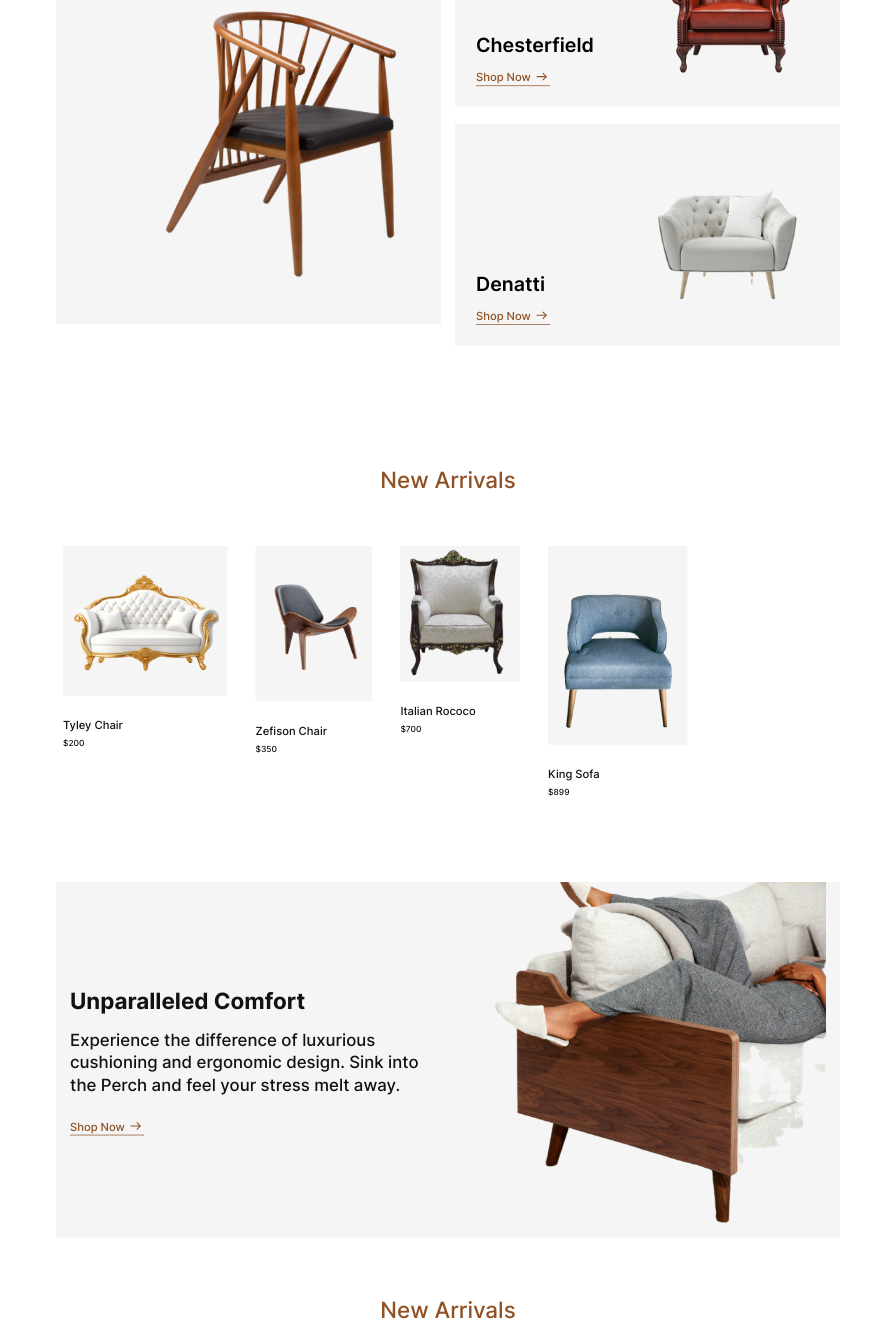
Repository: abdulmalikyusuf/HNG11-Stage02
Page: /
The author's editor kept a copy of each file at every save. The page is drawn from the files as they stood at one save, then again after the next save.
The browser window is 1280 px wide. The pictures show the part of the page from y = 1090 to 3010 px (the page is 4121 px tall), at 70% of full size.
The project was rebuilt for these pictures with package versions that can differ from the ones it lists, and the page was loaded fresh each time. Also part of the build but not shown: vite.config.ts.

Above is the page before, as saved 2024-07-07 17:08:09.

### index.html
<!DOCTYPE html>
<html lang="en">
  <head>
    <meta charset="UTF-8" />
    <!-- <link rel="icon" type="image/svg+xml" href="/vite.svg" /> -->
    <meta name="viewport" content="width=device-width, initial-scale=1.0" />
    <title>Pearch E-Commerce App</title>
  </head>
  <body>
    <div id="root"></div>
    <script type="module" src="/src/main.tsx"></script>
  </body>
</html>

### src/App.tsx
import { createBrowserRouter, RouterProvider } from "react-router-dom";

import RootLayout from "@/routes/root";
import IndexPage from "@/routes";
import "./App.css";

const router = createBrowserRouter([
  {
    path: "/",
    element: <RootLayout />,
    // errorElement: <ErrorPage />,
    children: [
      {
        index: true,
        element: <IndexPage />,
      },
      {
        path: "cart",
        element: <p>Cart</p>,
      },
      {
        path: "checkout",
        element: <p>Checkout</p>,
      },
    ],
  },
]);

function App() {
  return <RouterProvider router={router} />;
}

export default App;

### src/index.css
:root {
  font-family: Inter, system-ui, Avenir, Helvetica, Arial, sans-serif;
  line-height: 1.5;
  font-weight: 400;

  color-scheme: light dark;
  /* color: rgba(255, 255, 255, 0.87);
  background-color: #242424; */

  font-synthesis: none;
  text-rendering: optimizeLegibility;
  -webkit-font-smoothing: antialiased;
  -moz-osx-font-smoothing: grayscale;
}
@font-face {
  font-family: Inter;
  src: url(fonts/Inter.ttf) format("truetype");
}
@font-face {
  font-family: SpaceGrotesk;
  src: url(fonts/SpaceGrotesk.ttf) format("truetype");
}
@font-face {
  font-family: NicoMoji;
  src: url(fonts/NicoMoji-Regular.ttf) format("truetype");
}

### src/routes/root.tsx
import { Outlet } from "react-router-dom";

import Footer from "@/components/footer";
import Header from "@/components/header";

function RootLayout() {
  return (
    <>
      <Header />
      <Outlet />
      <div className="flow-root">
        <Footer />
      </div>
    </>
  );
}

export default RootLayout;

### src/routes/index.tsx
import { Link } from "react-router-dom";

import ChairHero from "@/assets/img/83417461_Slipper -2 1.png";
import Chair1 from "@/assets/img/vertical-shot-wooden-chair-white 1.png";
import Chair2 from "@/assets/img/83419490_Wingback Chair -4.png";
import Chair3 from "@/assets/img/7043761_861.png";
import BannerImage from "@/assets/img/unsplash_348dJPXEFHk.png";
import MoreChairImage1 from "@/assets/img/unsplash_Kh4tedFdHz4.png";
import MoreChairImage2 from "@/assets/img/unsplash_L7EwHkq1B2s.png";
import MoreChairImage3 from "@/assets/img/unsplash_Gh_UjjYoVwk.png";
import NewArrival1 from "@/assets/img/new-arrivals/81678229_Luxury white and golden sofa -3 1.png";
import NewArrival2 from "@/assets/img/new-arrivals/Paste image.png";
import NewArrival3 from "@/assets/img/new-arrivals/unsplash_IjTqniVFP1Y.png";
import NewArrival4 from "@/assets/img/new-arrivals/unsplash_ItMggD0EguY.png";

const newArrivals = [
  { image: NewArrival1, name: "Tyley Chair", price: 200 },
  { image: NewArrival2, name: "Zefison Chair", price: 350 },
  { image: NewArrival3, name: "Italian Rococo", price: 700 },
  { image: NewArrival4, name: "King Sofa", price: 899 },
];
function IndexPage() {
  return (
    <>
      <div className="flex items-center gap-24 bg-[#F5F5F5] px-[100px] py-13">
        <div className="flex flex-col gap-24">
          <div className="text-6xl font-bold">
            <h2 className="text-black">Elevate Your</h2>
            <h2 className="uppercase text-primary">comfort</h2>
          </div>
          <div className="font-semibold text-xl leading-6 flex flex-col gap-6">
            <p className="">Want comfort and style? Perch is for you.</p>
            <p className="text-primary">See collection</p>
          </div>
        </div>
        <div className="flex-1">
          <img src={ChairHero} alt="A chair from pearch website" className="" />
        </div>
      </div>
      <div className="px-4 md:px-10 lg:13 xl:px-20 2xl:px-24 flex flex-col gap-20 mb-28">
        <div className="py-[88px]">
          <div className="grid grid-cols-2 grid-rows-2 items-stretch gap-x-5 gap-y-6">
            <div className="row-span-2">
              <div className="p-[30px] bg-miscellaneous flex flex-col">
                <div className="flex-1 flex flex-col gap-3">
                  <h5 className="text-[28px] font-semibold">Scandinavian</h5>
                  <Link
                    to=""
                    className="w-fit font-medium text-primary border-b border-primary inline-flex items-center gap-1"
                  >
                    Shop Now{" "}
                    <span className="">
                      <svg
                        xmlns="http://www.w3.org/2000/svg"
                        width="24"
                        height="25"
                        viewBox="0 0 24 25"
                        fill="none"
                      >
                        <mask
                          id="mask0_18_143"
                          style={{ maskType: "alpha" }}
                          maskUnits="userSpaceOnUse"
                          x="0"
                          y="0"
                          width="24"
                          height="25"
                        >
                          <rect y="0.5" width="24" height="24" fill="#D9D9D9" />
                        </mask>
                        <g mask="url(#mask0_18_143)">
                          <path
                            d="M13.8462 18.1538L12.7923 17.0693L16.6115 13.25H4.5V11.75H16.6115L12.7923 7.93075L13.8462 6.84625L19.5 12.5L13.8462 18.1538Z"
                            fill="#905125"
                          />
                        </g>
                      </svg>
                    </span>
                  </Link>
                </div>
                <div className="self-end -mt-20">
                  <img src={Chair1} alt="" className="" />
                </div>
              </div>
            </div>
            <div className="p-[30px] bg-miscellaneous flex items-end justify-between">
              <div className="flex-1 flex flex-col gap-3">
                <h5 className="text-[28px] font-semibold">Chesterfield</h5>
                <Link
                  to=""
                  className="w-fit font-medium text-primary border-b border-primary inline-flex items-center gap-1"
                >
                  Shop Now{" "}
                  <span className="">
                    <svg
                      xmlns="http://www.w3.org/2000/svg"
                      width="24"
                      height="25"
                      viewBox="0 0 24 25"
                      fill="none"
                    >
                      <mask
                        id="mask0_18_143"
                        style={{ maskType: "alpha" }}
                        maskUnits="userSpaceOnUse"
                        x="0"
                        y="0"
                        width="24"
                        height="25"
                      >
                        <rect y="0.5" width="24" height="24" fill="#D9D9D9" />
                      </mask>
                      <g mask="url(#mask0_18_143)">
                        <path
                          d="M13.8462 18.1538L12.7923 17.0693L16.6115 13.25H4.5V11.75H16.6115L12.7923 7.93075L13.8462 6.84625L19.5 12.5L13.8462 18.1538Z"
                          fill="#905125"
                        />
                      </g>
                    </svg>
                  </span>
                </Link>
              </div>
              <img src={Chair2} alt="" className="" />
            </div>
            <div className="p-[30px] bg-miscellaneous flex items-end justify-between">
              <div className="flex-1 flex flex-col gap-3">
                <h5 className="text-[28px] font-semibold">Denatti</h5>
                <Link
                  to=""
                  className="w-fit font-medium text-primary border-b border-primary inline-flex items-center gap-1"
                >
                  Shop Now{" "}
                  <span className="">
                    <svg
                      xmlns="http://www.w3.org/2000/svg"
                      width="24"
                      height="25"
                      viewBox="0 0 24 25"
                      fill="none"
                    >
                      <mask
                        id="mask0_18_143"
                        style={{ maskType: "alpha" }}
                        maskUnits="userSpaceOnUse"
                        x="0"
                        y="0"
                        width="24"
                        height="25"
                      >
                        <rect y="0.5" width="24" height="24" fill="#D9D9D9" />
                      </mask>
                      <g mask="url(#mask0_18_143)">
                        <path
                          d="M13.8462 18.1538L12.7923 17.0693L16.6115 13.25H4.5V11.75H16.6115L12.7923 7.93075L13.8462 6.84625L19.5 12.5L13.8462 18.1538Z"
                          fill="#905125"
                        />
                      </g>
                    </svg>
                  </span>
                </Link>
              </div>
              <img src={Chair3} alt="" className="" />
            </div>
          </div>
        </div>
        <div className="">
          <h4 className="capitalize text-32 text-center text-primary font-medium">
            new arrivals
          </h4>
          <div className="mt-[30px]">
            <div className="flex gap-5">
              {newArrivals.map((chair) => (
                <div
                  key={chair.name}
                  className="py-10 px-2.5 flex flex-col gap-[30px]"
                >
                  <div className="bg-miscellaneous">
                    <img
                      src={chair.image}
                      alt={`${chair.name} image`}
                      className=""
                    />
                  </div>
                  <div className="flex flex-col gap-1.5 text-primary-label font-medium">
                    <p className="">{chair.name}</p>
                    <small className="text-xs">${chair.price}</small>
                  </div>
                </div>
              ))}
            </div>
          </div>
        </div>
        <div className="px-5 bg-miscellaneous">
          <div className="flex items-center gap-16">
            <div className="flex-1 text-primary-label">
              <h4 className="text-32 font-bold">Unparalleled Comfort</h4>
              <p className="mt-4 text-2xl font-medium">
                Experience the difference of luxurious cushioning and ergonomic
                design. Sink into the Perch and feel your stress melt away.
              </p>
              <Link
                to=""
                className="mt-[30px] w-fit font-medium text-primary border-b border-primary inline-flex items-center gap-1"
              >
                Shop Now{" "}
                <span className="">
                  <svg
                    xmlns="http://www.w3.org/2000/svg"
                    width="24"
                    height="25"
                    viewBox="0 0 24 25"
                    fill="none"
                  >
                    <mask
                      id="mask0_18_143"
                      style={{ maskType: "alpha" }}
                      maskUnits="userSpaceOnUse"
                      x="0"
                      y="0"
                      width="24"
                      height="25"
                    >
                      <rect y="0.5" width="24" height="24" fill="#D9D9D9" />
                    </mask>
                    <g mask="url(#mask0_18_143)">
                      <path
                        d="M13.8462 18.1538L12.7923 17.0693L16.6115 13.25H4.5V11.75H16.6115L12.7923 7.93075L13.8462 6.84625L19.5 12.5L13.8462 18.1538Z"
                        fill="#905125"
                      />
                    </g>
                  </svg>
                </span>
              </Link>
            </div>
            <div className="flex-1">
              <img src={BannerImage} alt="" className="" />
            </div>
          </div>
        </div>

        <div className="">
          <h4 className="capitalize text-32 text-center text-primary font-medium">
            new arrivals
          </h4>
          <div className="mt-[30px] flex gap-5">
            {[MoreChairImage1, MoreChairImage2, MoreChairImage3].map(
              (img, i) => (
                <div key={`product-image-${i}`} className="">
                  <img src={img} alt="" className="" />
                </div>
              )
            )}
          </div>
          <div className="mt-11">
            <Link
              to=""
              className="mt-[30px] w-fit font-medium text-primary border-b border-primary inline-flex items-center gap-1"
            >
              See More{" "}
              <span className="">
                <svg
                  xmlns="http://www.w3.org/2000/svg"
                  width="24"
                  height="25"
                  viewBox="0 0 24 25"
                  fill="none"
                >
                  <mask
                    id="mask0_18_143"
                    style={{ maskType: "alpha" }}
                    maskUnits="userSpaceOnUse"
                    x="0"
                    y="0"
                    width="24"
                    height="25"
                  >
                    <rect y="0.5" width="24" height="24" fill="#D9D9D9" />
                  </mask>
                  <g mask="url(#mask0_18_143)">
                    <path
                      d="M13.8462 18.1538L12.7923 17.0693L16.6115 13.25H4.5V11.75H16.6115L12.7923 7.93075L13.8462 6.84625L19.5 12.5L13.8462 18.1538Z"
                      fill="#905125"
                    />
                  </g>
                </svg>
              </span>
            </Link>
          </div>
        </div>
      </div>
    </>
  );
}

export default IndexPage;

### src/components/footer.tsx
import React from "react";
import { Icons } from "./icons";

function Footer() {
  return (
    <footer className="py-[30px] bg-miscellaneous px-24 h[80vh] flex flex-col justify-between gap-16">
      <div className="flex flex-col items-center gap-[30px] py-20 border border-primary border-dashed">
        <div className="text-center text-primary-label">
          <h3 className="text-4xl font-bold">Join Our Newsletter</h3>
          <p className="mt-3">Big discount and latest news in your inbox</p>
        </div>
        <div className="flex gap-5">
          <div className="flex rounded-md w-96 border border-primary items-center gap-2 p-2.5">
            <Icons.mail className="size-[22px] stroke-primary" />
            <input
              type="email"
              name=""
              id=""
              placeholder="Email address"
              className="bg-transparent text-[rgba(18,_18,_18,_0.50)] font-medium placeholder:font-normal focus:outline-none"
            />
          </div>
          <button
            type="submit"
            className="bg-primary rounded p-2.5 capitalize text-white"
          >
            sign up
          </button>
        </div>
      </div>
      <div className="flex flex-col gap-4 items-center">
        <h4 className="py-2 text-32 text-label-primary font-nico-moji">
          Perch
        </h4>
        <ul className="flex gap-4 text-xl font-medium text-primary-label">
          <li className="">About Us</li>
          <li className="">Contact Us</li>
          <li className="">Privacy</li>
          <li className="">My Account</li>
        </ul>
      </div>
      <div className="py-2.5 -mx-24 border-t border-primary text-center">
        <p className="font-medium text-primary">© 2024 Perch Store</p>
      </div>
    </footer>
  );
}

export default Footer;

### src/components/header.tsx
import { cn } from "@/lib/utils";
import { Icons } from "@/components/icons";
import { Link } from "react-router-dom";
import { CartButton } from "./cart-button";

function Header() {
  return (
    <header
      className={cn(
        "h-[46px] md:h-[68px] relative flex items-center justify-between px-4 md:px-10 lg:13 xl:px-20 2xl:px-24",
        "bg-[#F5F5F5] border-transparent text-black-900 [--logo-fill:#121212]"
      )}
    >
      <div className="flex items-center justify-center gap-3 md:gap-6">
        <button type="button" className="md:hidden">
          <Icons.hamburgerMenu className="size-[26px] md:size-7" />
        </button>
        <Link to="/" className="py-2">
          <span className="text-[32px] leading-normal text-primary-label font-nico-moji capitalize">
            pearch
          </span>
        </Link>
      </div>
      <div className="hidden md:flex justify-center">
        <ul className="flex gap-10">
          {["Home", "Shop", "Products", "Pages"].map((menu) => (
            <li key={menu}>
              <span
                className={cn(
                  "flex items-center justify-center w-fit hover:border-b font-space-grotesk transition-colors focus-visible:outline-none focus-visible:ring-1 focus-visible:ring-ring disabled:pointer-events-none",
                  "gap-0.5 button-xs",
                  "text-black-900 hover:text-black-400 disabled:text-black-700"
                )}
              >
                {menu}{" "}
                <Icons.chevronDown
                  className="size-[18px] relative top-[1px] transition-transform duration-200 ease-in group-data-[state=open]:-rotate-180"
                  aria-hidden
                />
              </span>
            </li>
          ))}

          {/* <NavigationMenu.Link
                  className={cn(
                    "hover:border-b font-space-grotesk transition-colors focus-visible:outline-none focus-visible:ring-1 focus-visible:ring-ring disabled:pointer-events-none",
                    "gap-0.5 button-xs",
                    "text-black-900 hover:text-black-400 disabled:text-black-700"
                  )}
                  href="https://github.com/radix-ui"
                >
                  {menu.title}{" "}
                </NavigationMenu.Link> */}
        </ul>
      </div>
      <div className="flex gap-5 items-center">
        <button type="button" className="hidden md:inline-flex size-7">
          <Icons.search className="" />
        </button>
        <button className="hidden md:inline-flex size-7">
          <Icons.user className="" />
        </button>
        <CartButton numOfItems={2} />
      </div>
    </header>
  );
}

export default Header;

### src/lib/utils.ts
import { type ClassValue, clsx } from "clsx";
import { twMerge } from "tailwind-merge";

export function cn(...inputs: ClassValue[]) {
	return twMerge(clsx(inputs));
}
export function formatPrice(
	price: number | string,
	currency: "USD" | "EUR" | "GBP" | "BDT" = "USD",
	notation: "compact" | "engineering" | "scientific" | "standard" = "standard",
) {
	return new Intl.NumberFormat("en-US", {
		style: "currency",
		currency,
		notation,
	}).format(Number(price));
}

export function arrayRange(start: number, stop: number, step: number) {
	return Array.from(
		{ length: (stop - start) / step + 1 },
		(value, index) => start + index * step,
	);
}

### src/components/cart-button.tsx
import { forwardRef, type ButtonHTMLAttributes } from "react";
import { Slot } from "@radix-ui/react-slot";

import { cn } from "@/lib/utils";
import { Icons } from "@/components/icons";

export interface CartButtonProps
  extends ButtonHTMLAttributes<HTMLButtonElement> {
  numOfItems: number;
  asChild?: boolean;
}

const CartButton = forwardRef<HTMLButtonElement, CartButtonProps>(
  ({ numOfItems, asChild, ...props }, ref) => {
    const Comp = asChild ? Slot : "button";
    return (
      <Comp
        ref={ref}
        {...props}
        type="button"
        className="inline-flex items-center gap-0.5 w-[50px] h-[26px] sm:h-7"
      >
        <Icons.cart className="size-[26px] sm:size-7 text-[var(--icon-colour)]" />
        <span
          className={cn(
            "inline-flex items-center justify-center size-5 rounded-full text-xs leading-[10px] font-inter font-bold",
            "bg-primary text-white [--icon-colour:var(--black-900)]"
          )}
        >
          {numOfItems}
        </span>
      </Comp>
    );
  }
);

CartButton.displayName = "CartButton";

export { CartButton };

### tailwind.config.ts
import { Config } from "tailwindcss";

export default {
  content: ["./index.html", "./src/**/*.{js,ts,jsx,tsx}"],
  theme: {
    fontFamily: {
      "space-grotesk": ["SpaceGrotesk"],
      inter: ["Inter"],
      "nico-moji": ["NicoMoji"],
    },
    extend: {
      padding: {
        13: "52px",
      },
      fontSize: {
        32: "32px",
      },
      colors: {
        primary: {
          DEFAULT: "#905125",
          label: "#121212",
        },
        miscellaneous: "#F5F5F5",
      },
    },
  },
  plugins: [],
} satisfies Config;

Loaded but not shown: src/main.tsx (common file); src/App.css (common file); src/components/icons.tsx (297 lines, source omitted)

After the next save:
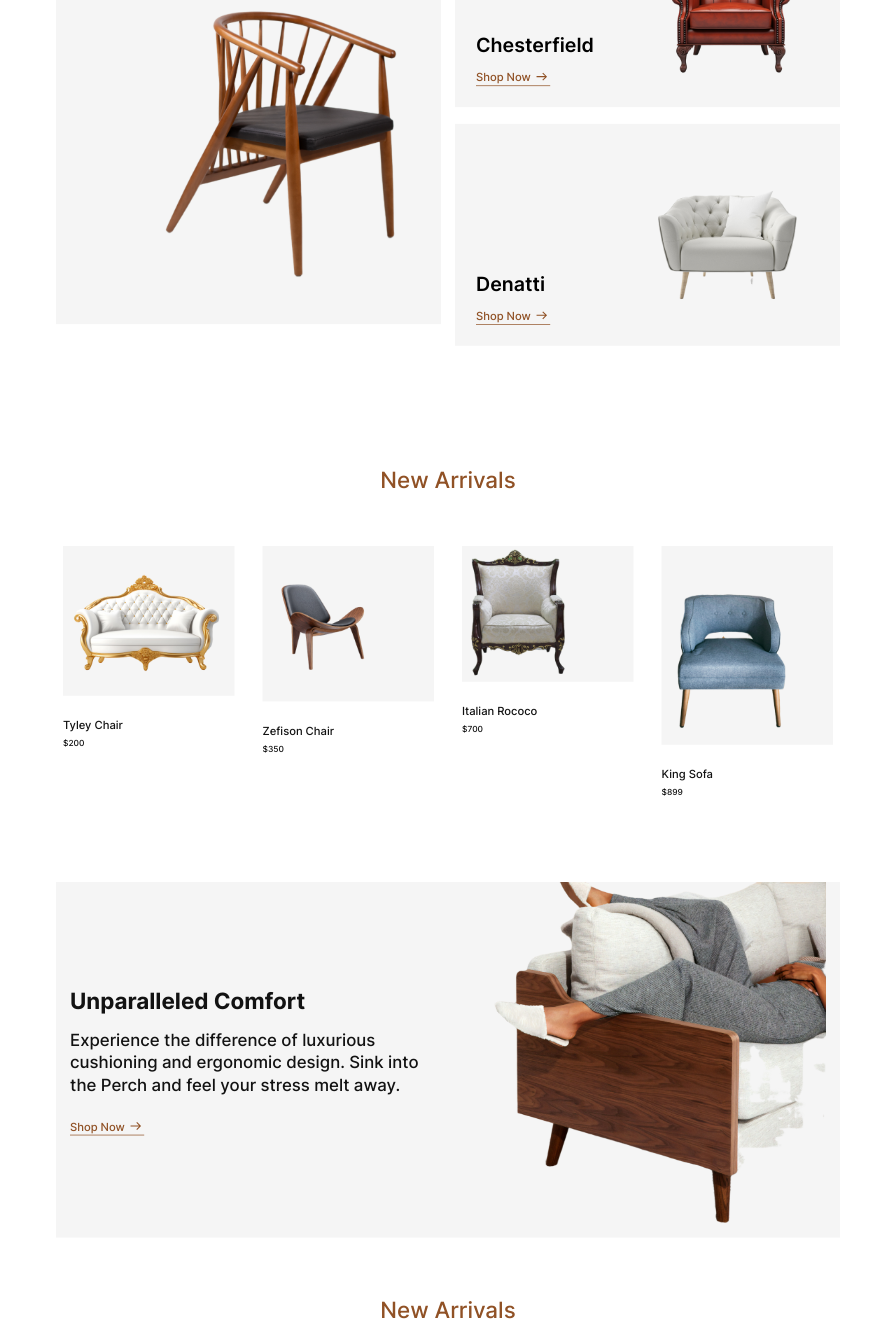
Saved 25 s later.
--- a/src/routes/index.tsx
+++ b/src/routes/index.tsx
@@ -172,7 +172,7 @@
               {newArrivals.map((chair) => (
                 <div
                   key={chair.name}
-                  className="py-10 px-2.5 flex flex-col gap-[30px]"
+                  className="flex-1 py-10 px-2.5 flex flex-col gap-[30px]"
                 >
                   <div className="bg-miscellaneous">
                     <img
